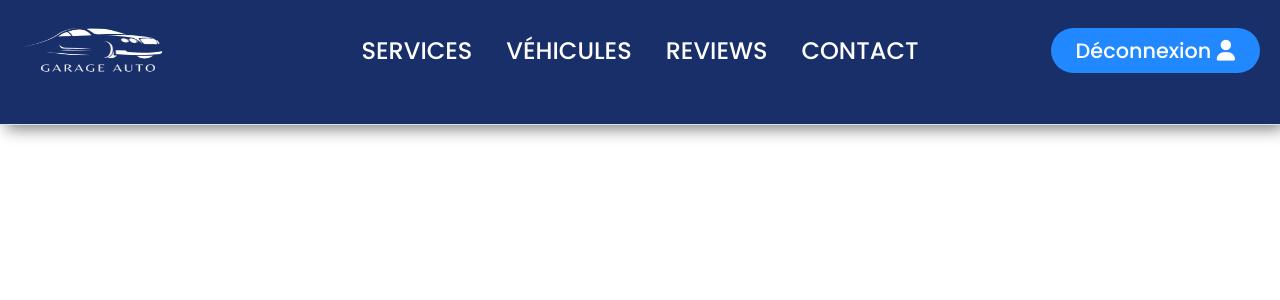
Repository: haifabilel/garage_ecf
Page: http://localhost/espace_admin/admin_page.php
The author's editor kept a copy of each file at every save. The page is drawn from the files as they stood at one save, then again after the next save.
The browser window is 1280 px wide. The pictures show the whole page.
Some web fonts or font styles are not loaded; a fallback is used. Some web libraries are served in a nearby version. The page is run by PHP 8.4 with error messages shown; the project is at /var/www/html/.

Above is the page before, as saved 2023-10-14 14:10:14.

After the next save:
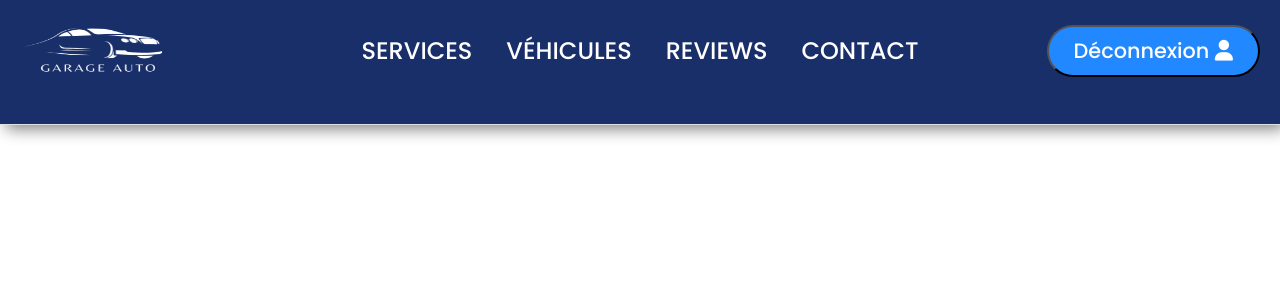
Saved 5 s later.
--- a/espace_admin/admin_page.php
+++ b/espace_admin/admin_page.php
@@ -39,7 +39,7 @@
       </ul>
 
       <div class="col-md-3 text-end">
-      <bu class="button" id="btn-login" >Déconnexion <i class="fa-solid fa-user"></i></a>
+      <button class="button" id="btn-login" >Déconnexion <i class="fa-solid fa-user"></i></a>
       </div>
     </header>
     <section>
